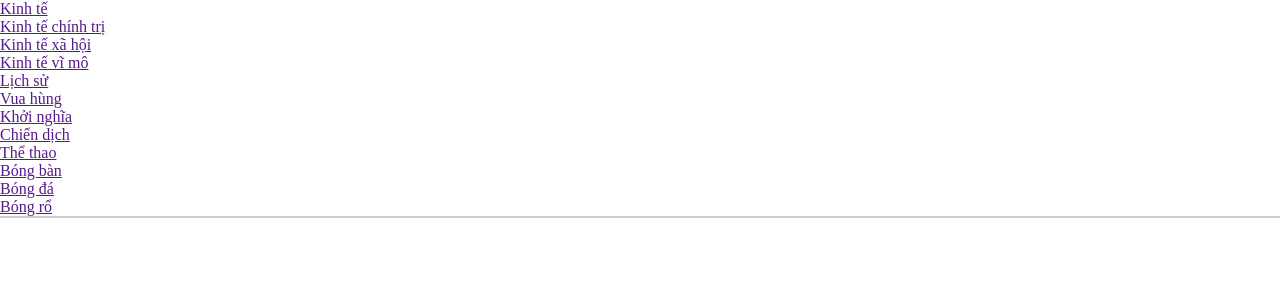
Repository: Ngoc28/HTML-CSS
Page: index.html
An editor plug-in stored every save of this project. The page is shown before and after the next save, followed by the edit.
The browser window is 1280 px wide. The pictures show the whole page.

Above is the page before, as saved 2023-08-05 16:23:50.

After the next save:
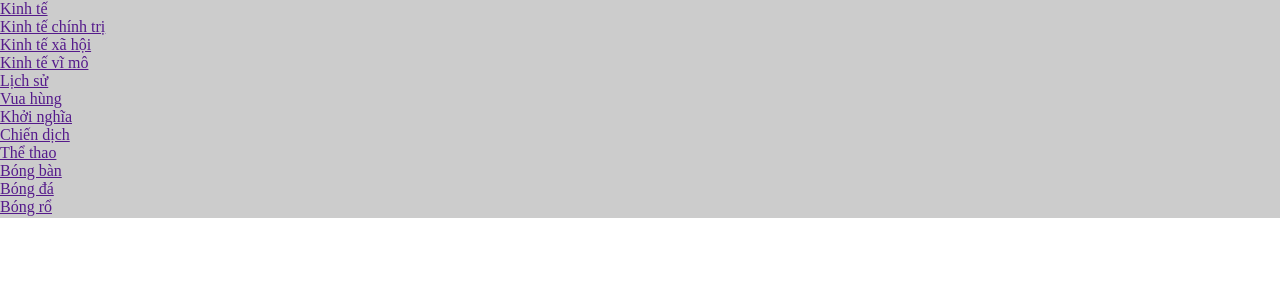
Saved 12 s later.
--- a/style.css
+++ b/style.css
@@ -5,5 +5,6 @@
 }
 
 .menu {
+    background: #ccc;
     border-bottom: 2px solid #ccc;
 }
